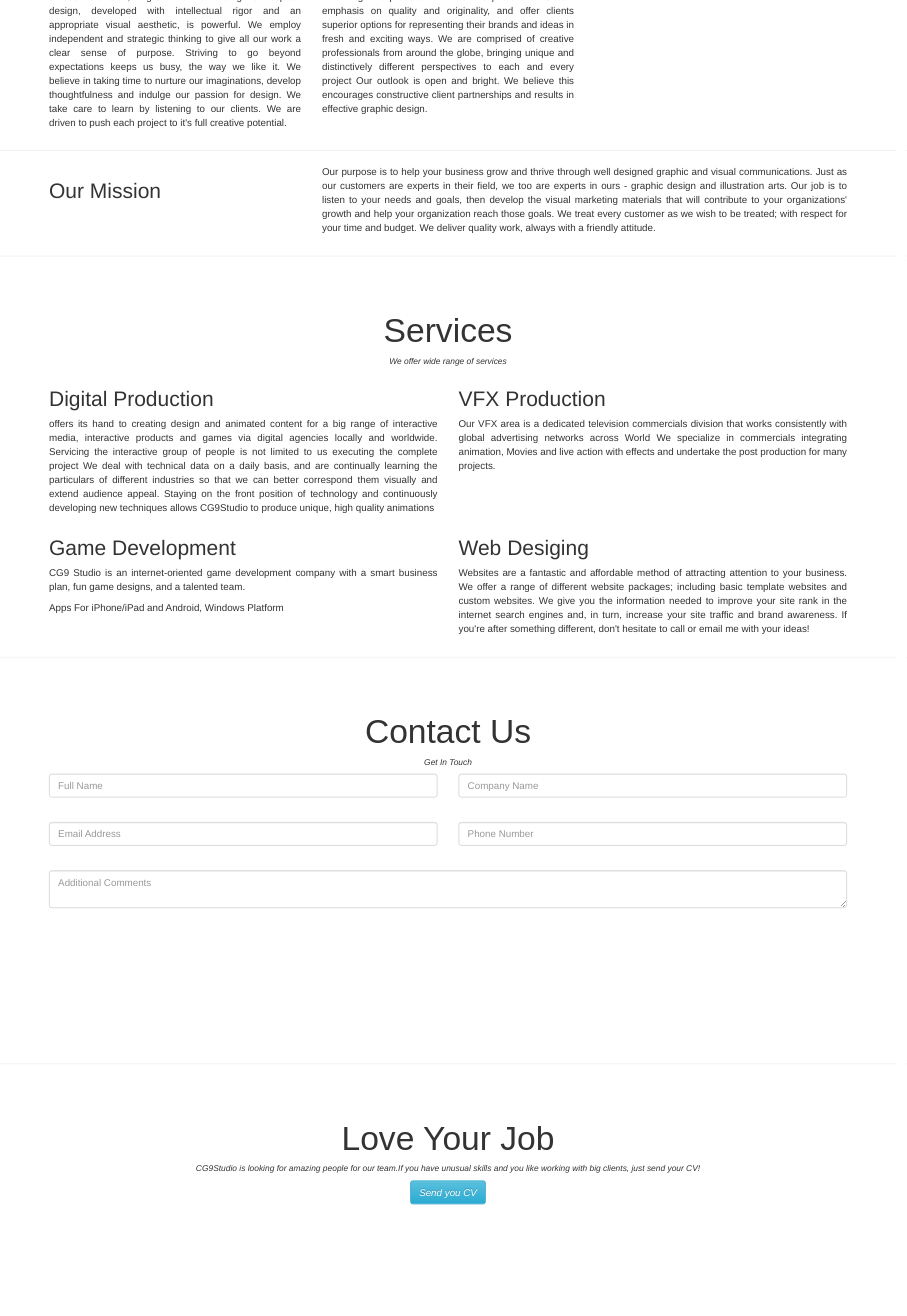
Repository: deepak6sp/BootstrapTheme1
Page: 9studio/WebContent/index.html
An editor plug-in stored every save of this project. The page is shown before and after the next save, followed by the edit.
The browser window is 1280 px wide. The page is 1295 px wide, so the pictures cover 1295 px, including what lies to the right of the window. The pictures show the part of the page from y = 986 to 2866 px (the page is 2866 px tall before and 2766 px after), at 70% of full size.
Some web libraries are served in a nearby version.

Above is the page before, as saved 2014-07-23 14:08:19.

After the next save:
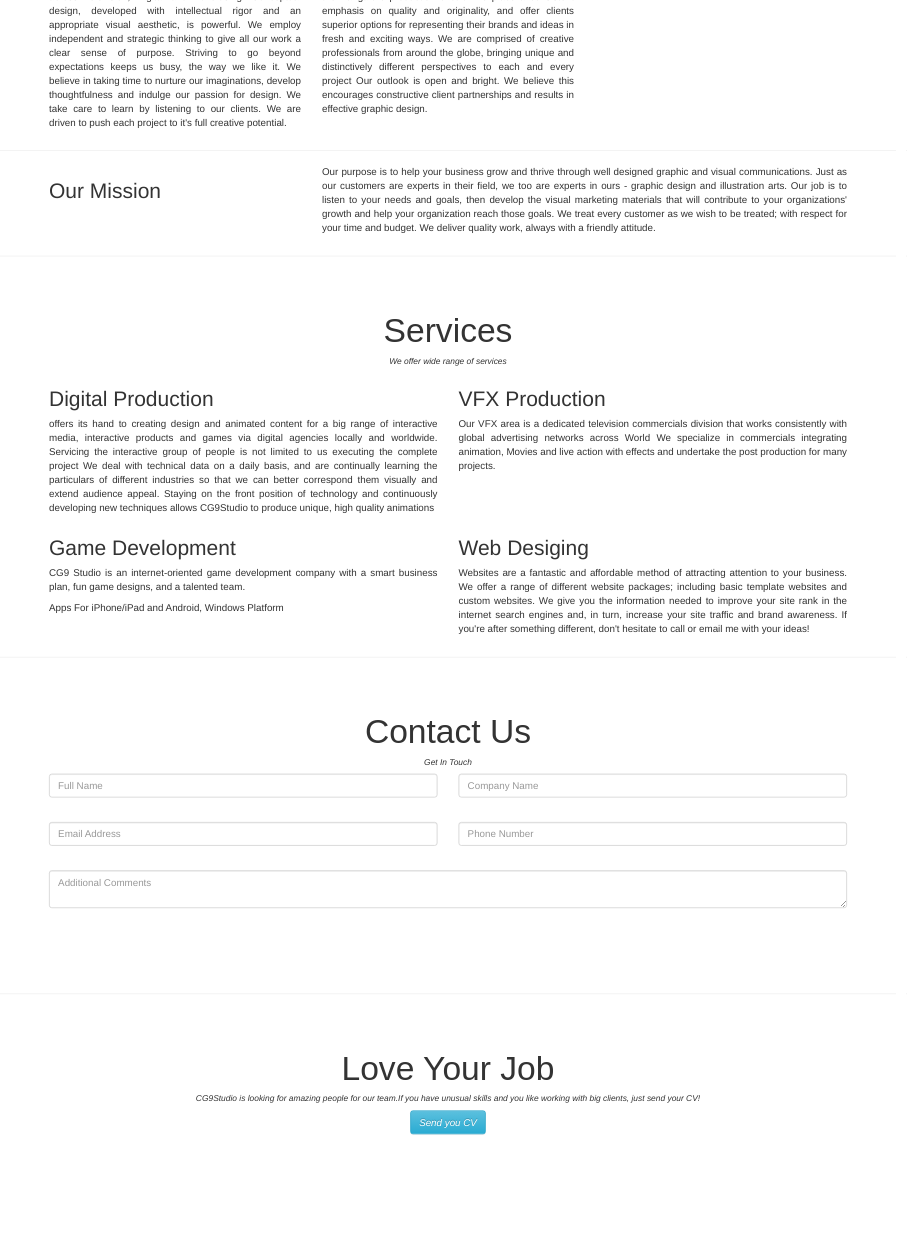
Saved 13 s later.
--- a/9studio/WebContent/css/style.css
+++ b/9studio/WebContent/css/style.css
@@ -22,7 +22,7 @@ div ul li a:hover{
 }
 
 #contact{
-	height:500px;
+	height:400px;
 }
 
 #getjob{
